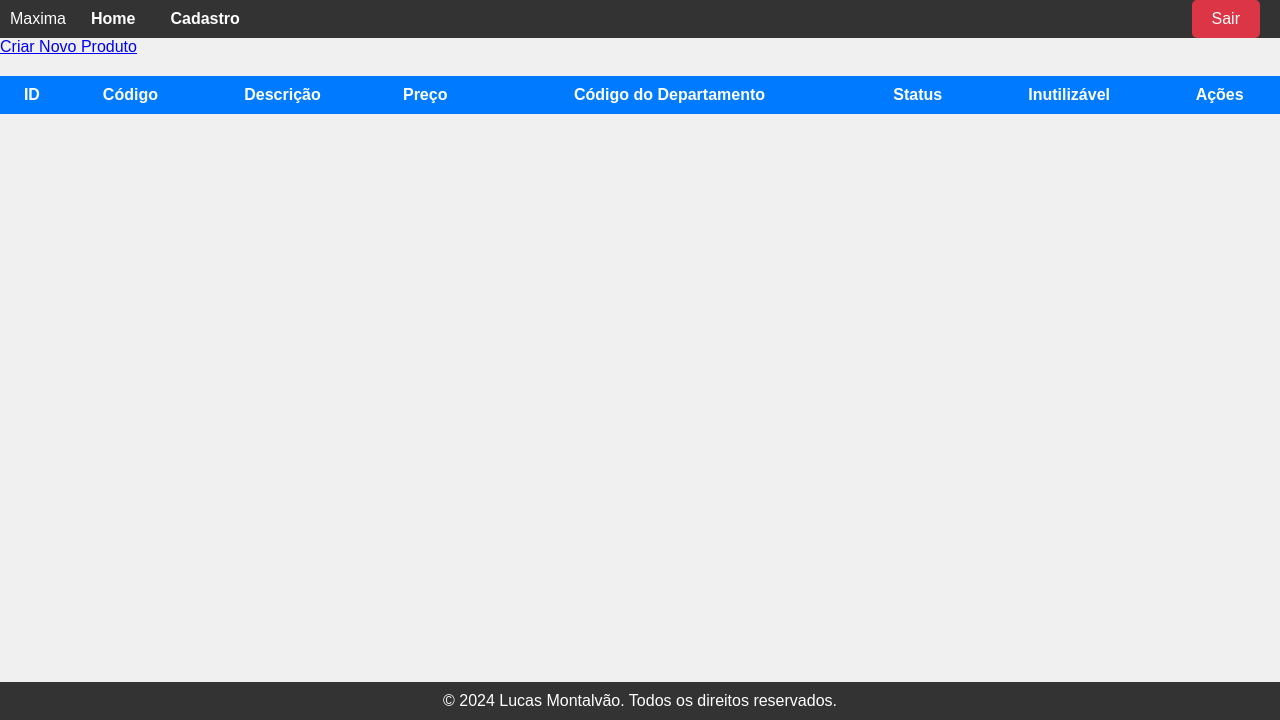
Repository: LucasMontalvao1/ProjetoMaxima
Page: /produto (app in AngularMaxima/)
An editor plug-in stored every save of this project. The page is shown before and after the next save, followed by the edit.
The browser window is 1280 px wide. The pictures show the whole page.
The page's requests for data from a server got no answer. The project was rebuilt for these pictures with package versions that can differ from the ones it lists, and the page was loaded fresh each time. No one was signed in, and anything a server would have sent is missing. Also part of the build but not shown: AngularMaxima/angular.json, AngularMaxima/src/app/pages/login/login.component.ts, AngularMaxima/src/app/pages/home/home.component.ts.

Above is the page before, as saved 2024-07-14 19:51:47.

### AngularMaxima/src/index.html
<!doctype html>
<html lang="en">
<head>
  <meta charset="utf-8">
  <title>AngularMaxima</title>
  <base href="/">
  <meta name="viewport" content="width=device-width, initial-scale=1">
  <link rel="icon" type="image/x-icon" href="favicon.ico">
</head>
<body>
  <app-root></app-root>
</body>
</html>

### AngularMaxima/src/styles.css
* {
  margin: 0;
  padding: 0;
  box-sizing: border-box;
}

body {
  font-family: Arial, sans-serif;
  background-color: #f0f0f0;
}

.container {
  display: flex;
  flex-direction: column;
  justify-content: space-between;
  min-height: 100vh;
}

### AngularMaxima/src/app/app.module.ts
import { NgModule } from '@angular/core';
import { BrowserModule } from '@angular/platform-browser';

import { AppRoutingModule } from './app-routing.module';
import { AppComponent } from './app.component';
import { LoginComponent } from './pages/login/login.component';
import { ReactiveFormsModule } from '@angular/forms';
import { HttpClientModule } from '@angular/common/http';
import { AuthService } from './services/auth.service';
import { HomeComponent } from './pages/home/home.component';
import { MenuComponent } from './layout/menu/menu.component';
import { FooterComponent } from './layout/footer/footer.component';
import { ProdutosComponent } from './pages/produto/produto.component';

@NgModule({
  declarations: [
    AppComponent,
    LoginComponent,
    HomeComponent,
    MenuComponent,
    FooterComponent,
    ProdutosComponent,

  ],
  imports: [
    BrowserModule,
    AppRoutingModule,
    ReactiveFormsModule,
    HttpClientModule
  ],
  providers: [AuthService],
  bootstrap: [AppComponent]
})
export class AppModule { }

### AngularMaxima/src/app/app-routing.module.ts
import { NgModule } from '@angular/core';
import { RouterModule, Routes } from '@angular/router';
import { LoginComponent } from './pages/login/login.component';
import { HomeComponent } from './pages/home/home.component';
import { ProdutosComponent } from './pages/produto/produto.component';

const routes: Routes = [
  { path: '', redirectTo: '/login', pathMatch: 'full'},
  { path: 'login', component: LoginComponent},
  { path: 'home', component: HomeComponent},
  { path: 'produto', component: ProdutosComponent},
  { path: 'home', component: HomeComponent},
];

@NgModule({
  imports: [RouterModule.forRoot(routes)],
  exports: [RouterModule]
})
export class AppRoutingModule { }

### AngularMaxima/src/app/app.component.ts
import { Component } from '@angular/core';

@Component({
  selector: 'app-root',
  templateUrl: './app.component.html',
  styleUrls: ['./app.component.css']
})
export class AppComponent {
  title = 'AngularMaxima';
}

### AngularMaxima/src/app/services/auth.service.ts
import { Injectable } from '@angular/core';
import { HttpClient } from '@angular/common/http';
import { Observable } from 'rxjs';
import { environment } from '../../../src/environments/environment';
import { Router } from '@angular/router';

@Injectable({
  providedIn: 'root'
})
export class AuthService {

  private apiUrl = environment.apiUrl;

  constructor(private http: HttpClient, private router: Router) { }

  login(username: string, password: string): Observable<any> {
    const body = { username, password };
    return this.http.post<any>(`${this.apiUrl}/login`, body, { responseType: 'text' as 'json' });
  }

    logout() {
    this.router.navigate(['/login']);
    }
}

### AngularMaxima/src/app/layout/menu/menu.component.ts
import { Component } from '@angular/core';
import { AuthService } from '../../services/auth.service';

@Component({
  selector: 'app-menu',
  templateUrl: './menu.component.html',
  styleUrls: ['./menu.component.css']
})
export class MenuComponent {

  constructor(private authService: AuthService) {}

  logout() {
    this.authService.logout();
  }
}

### AngularMaxima/src/app/pages/produto/produto.component.ts
// produtos.component.ts

import { Component, OnInit } from '@angular/core';
import { Produto } from '../../models/produto.model';
import { ProdutoService } from '../../services/produto.service';

@Component({
  selector: 'app-produtos',
  templateUrl: './produto.component.html',
  styleUrls: ['./produto.component.css']
})
export class ProdutosComponent implements OnInit {
  produtos: Produto[] = []; // Inicializando a propriedade produtos como um array vazio

  constructor(private produtoService: ProdutoService) { }

  ngOnInit(): void {
    this.loadProdutos();
  }

  loadProdutos(): void {
    this.produtoService.getAllProdutos().subscribe(
      (data: Produto[]) => {
        this.produtos = data;
      },
      (error) => {
        console.error('Erro ao carregar produtos:', error);
      }
    );
  }

  buscarProdutoPorId(id: number): void {
    this.produtoService.getProdutoById(id).subscribe(
      (produto: Produto) => {
        console.log('Produto encontrado:', produto);
        // Aqui você pode implementar lógica para lidar com o produto encontrado
      },
      (error) => {
        console.error('Erro ao buscar produto por ID:', error);
      }
    );
  }


  criarProduto(): void {
    const novoProduto: Produto = {
      codigo: 'NovoCodigo',
      descricao: 'Nova Descrição',
      preco: 0,
      departamentoCodigo: '001',
      status: 0,
      inutilizavel: 0
    };

    this.produtoService.createProduto(novoProduto).subscribe(
      (response: Produto) => {
        console.log('Produto criado com sucesso:', response);
        this.loadProdutos(); // Recarrega a lista de produtos após criar um novo
      },
      (error) => {
        console.error('Erro ao criar produto:', error);
      }
    );
  }

  editarProduto(id: number): void {
    // Implemente conforme necessário, utilizando o serviço ProdutoService
    // Exemplo de uso: this.produtoService.updateProduto(id, produto).subscribe(...)
  }

  detalhesProduto(id: number): void {
    // Implemente conforme necessário, utilizando o serviço ProdutoService
    // Exemplo de uso: this.produtoService.getProdutoById(id).subscribe(...)
  }

  excluirProduto(id: number): void {
    if (confirm('Tem certeza que deseja apagar este produto?')) {
      this.produtoService.deleteProduto(id).subscribe(
        () => {
          console.log('Produto excluído com sucesso.');
          this.loadProdutos(); // Recarrega a lista de produtos após excluir um produto
        },
        (error) => {
          console.error('Erro ao apagar produto:', error);
        }
      );
    }
  }
}

### AngularMaxima/src/environments/environment.ts
export const environment = {
  production: false,
  apiUrl: 'https://localhost:7041'
};

### AngularMaxima/src/app/layout/menu/menu.component.html
<div class="menu-container">
  <nav class="menu">
    <ul>
      <li>Maxima</li>
      <li><a routerLink="/home">Home</a></li>
      <li class="cadastro">
        <a href="#">Cadastro</a>
        <div class="submenu">
          <a routerLink="/produto">Produtos</a>
          <a routerLink="/departamento">Departamentos</a>
        </div>
      </li>
    </ul>
  </nav>

  <div class="user-actions">
    <button class="logout-button" (click)="logout()">Sair</button>
  </div>
</div>

### AngularMaxima/src/app/layout/menu/menu.component.css
/* styles.css (ou menu.component.css) */

.menu {
  background-color: #333;
  color: white;
  padding: 10px;
  display: flex;
  justify-content: space-between;
  align-items: center;
  position: relative; /* Adicionado para posicionamento absoluto do submenu */
  width: 100%;
}

.menu ul {
  list-style-type: none;
  display: flex;
}

.menu ul li {
  margin-right: 15px;
  position: relative; /* Adicionado para posicionamento absoluto do submenu */
}

.menu ul li a {
  color: white;
  text-decoration: none;
  font-weight: bold;
  padding: 10px;
  position: relative;
}

.menu ul li a:hover {
  text-decoration: underline;
}

.submenu {
  display: none;
  position: absolute;
  background-color: #333;
  padding: 10px;
  top: 100%; /* Posiciona o submenu abaixo do item de menu */
  left: 0;
  z-index: 1; /* Garante que o submenu apareça sobre outros elementos */
}

.menu ul li.cadastro:hover .submenu {
  display: block; /* Mostra o submenu quando o mouse passa sobre o item de menu */
}

.user-actions {
  margin-left: auto;
}

.logout-button {
  background-color: #dc3545;
  color: white;
  border: none;
  padding: 10px 20px;
  border-radius: 5px;
  cursor: pointer;
  font-size: 1rem;
}

.logout-button:hover {
  background-color: #c82333;
}

.header {
  position: fixed;
  top: 0;
  left: 0;
  width: 100%;
  background-color: #333;
  color: white;
  padding: 10px 20px;
  display: flex;
  justify-content: space-between;
  align-items: center;
}

.menu-container {
  display: flex;
  align-items: center; /* Ajuste para centralizar verticalmente */
}

.user-actions {
  position: absolute;
  top: 0;
  right: 20px; /* Ajuste a margem direita conforme necessário */
}

### AngularMaxima/src/app/layout/footer/footer.component.html
<footer class="footer">
  <p>&copy; 2024 Lucas Montalvão. Todos os direitos reservados.</p>
</footer>

### AngularMaxima/src/app/layout/footer/footer.component.css
.footer {
  background-color: #333;
  color: white;
  text-align: center;
  padding: 10px 0;
  width: 100%;
  position: fixed;
  bottom: 0;
  left: 0;
  z-index: 1000; /* Ajuste conforme necessário */
}

### AngularMaxima/src/app/pages/produto/produto.component.html
<app-menu></app-menu>

<p>
    <a routerLink="/produtos/create" class="btn btn-primary">Criar Novo Produto</a>
</p>

<table class="table">
    <thead>
        <tr>
            <th>ID</th>
            <th>Código</th>
            <th>Descrição</th>
            <th>Preço</th>
            <th>Código do Departamento</th>
            <th>Status</th>
            <th>Inutilizável</th>
            <th>Ações</th>
        </tr>
    </thead>
    <tbody>
        <tr *ngFor="let produto of produtos">
            <td>{{ produto.id }}</td>
            <td>{{ produto.codigo }}</td>
            <td>{{ produto.descricao }}</td>
            <td>{{ produto.preco | currency }}</td>
            <td>{{ produto.departamentoCodigo }}</td>
            <td>{{ produto.status }}</td>
            <td>{{ produto.inutilizavel }}</td>
            <td>
                <a routerLink="/produto/edit/{{ produto.id }}" class="action-link">Editar</a>
                <a routerLink="/produto/details/{{ produto.id }}" class="action-link">Detalhes</a>
                <a (click)="(produto.id)" class="action-link delete-link">Apagar</a>
            </td>
        </tr>
    </tbody>
</table>

<app-footer></app-footer>

### AngularMaxima/src/app/pages/produto/produto.component.css
/* produtos.component.css */

.table {
  width: 100%;
  margin-top: 20px;
  border-collapse: collapse; /* Para remover espaços entre as células */
}

.table th, .table td {
  text-align: center;
  padding: 10px; /* Adiciona espaço interno às células */
}

.table th {
  background-color: #007BFF;
  color: white;
  font-size: 16px;
  font-weight: bold;
}

.table td {
  background-color: #f8f9fa;
}

.table a {
  margin-right: 10px;
  color: #007BFF;
  cursor: pointer;
}

### AngularMaxima/src/app/services/produto.service.ts
import { Injectable } from '@angular/core';
import { HttpClient } from '@angular/common/http';
import { Observable } from 'rxjs';
import { environment } from '../../../src/environments/environment';
import { Router } from '@angular/router';
import { Produto } from '../models/produto.model';

@Injectable({
  providedIn: 'root'
})
export class ProdutoService {

  private apiUrl = environment.apiUrl;

  constructor(private http: HttpClient, private router: Router) { }

  getAllProdutos(): Observable<Produto[]> {
    return this.http.get<Produto[]>(`${this.apiUrl}/produtos`);
  }

  getProdutoById(id: number): Observable<Produto> {
    return this.http.get<Produto>(`${this.apiUrl}/produtos/${id}`);
  }

  createProduto(produto: Produto): Observable<Produto> {
    return this.http.post<Produto>(`${this.apiUrl}/produtos`, produto);
  }

  updateProduto(id: number, produto: Produto): Observable<Produto> {
    return this.http.put<Produto>(`${this.apiUrl}/produtos/${id}`, produto);
  }

  deleteProduto(id: number): Observable<any> {
    return this.http.delete<any>(`${this.apiUrl}/produtos/${id}`);
  }
}

Loaded but not shown: AngularMaxima/src/main.ts (common file); AngularMaxima/src/app/layout/footer/footer.component.ts (common file); AngularMaxima/src/app/app.component.html (common file); AngularMaxima/src/app/app.component.css (no stored copy; drawn as an empty file)

After the next save:
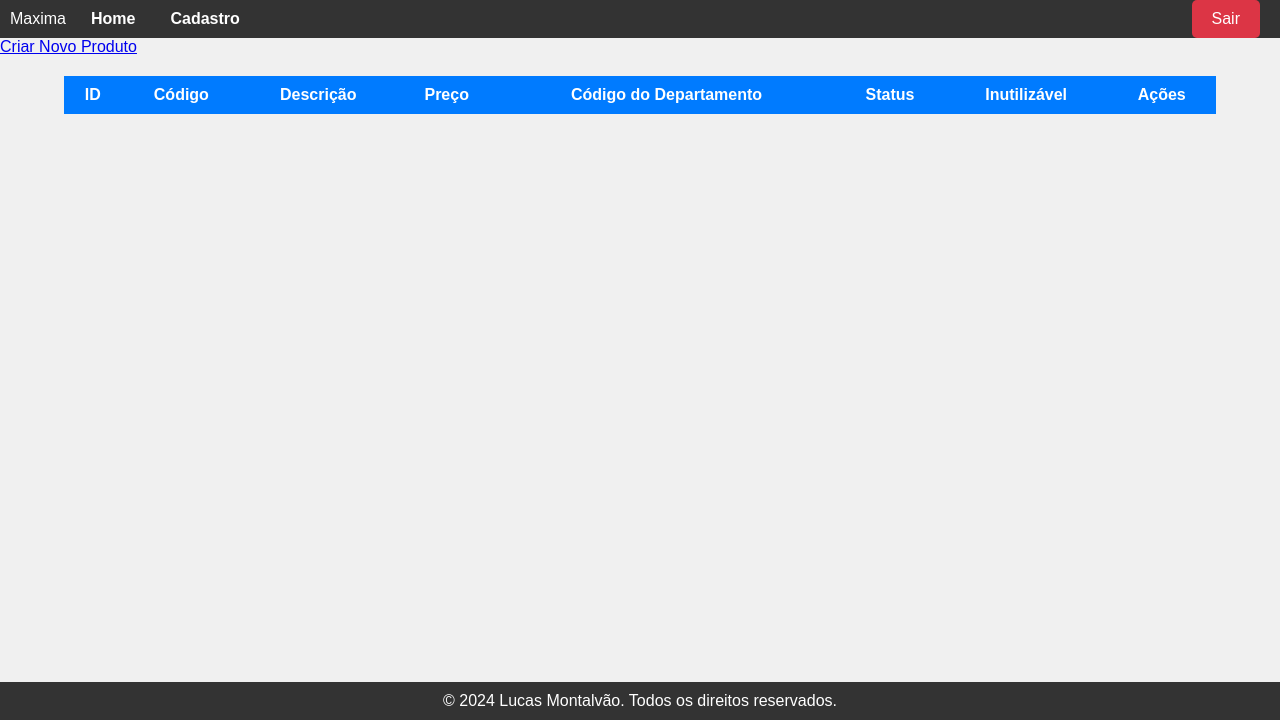
Saved 11 s later.
--- a/AngularMaxima/src/app/pages/produto/produto.component.css
+++ b/AngularMaxima/src/app/pages/produto/produto.component.css
@@ -1,14 +1,14 @@
 /* produtos.component.css */
 
 .table {
-  width: 100%;
-  margin-top: 20px;
-  border-collapse: collapse; /* Para remover espaços entre as células */
+  width: 90%;
+  margin: 20px auto; /* Centraliza a tabela com margem */
+  border-collapse: collapse;
 }
 
 .table th, .table td {
   text-align: center;
-  padding: 10px; /* Adiciona espaço interno às células */
+  padding: 10px;
 }
 
 .table th {
@@ -22,8 +22,20 @@
   background-color: #f8f9fa;
 }
 
-.table a {
+.table .action-link {
+  color: #007BFF;
   margin-right: 10px;
-  color: #007BFF;
   cursor: pointer;
 }
+
+.table .action-link:hover {
+  text-decoration: underline;
+}
+
+.table .delete-link {
+  color: #dc3545;
+}
+
+.table .delete-link:hover {
+  color: #c82333;
+}
